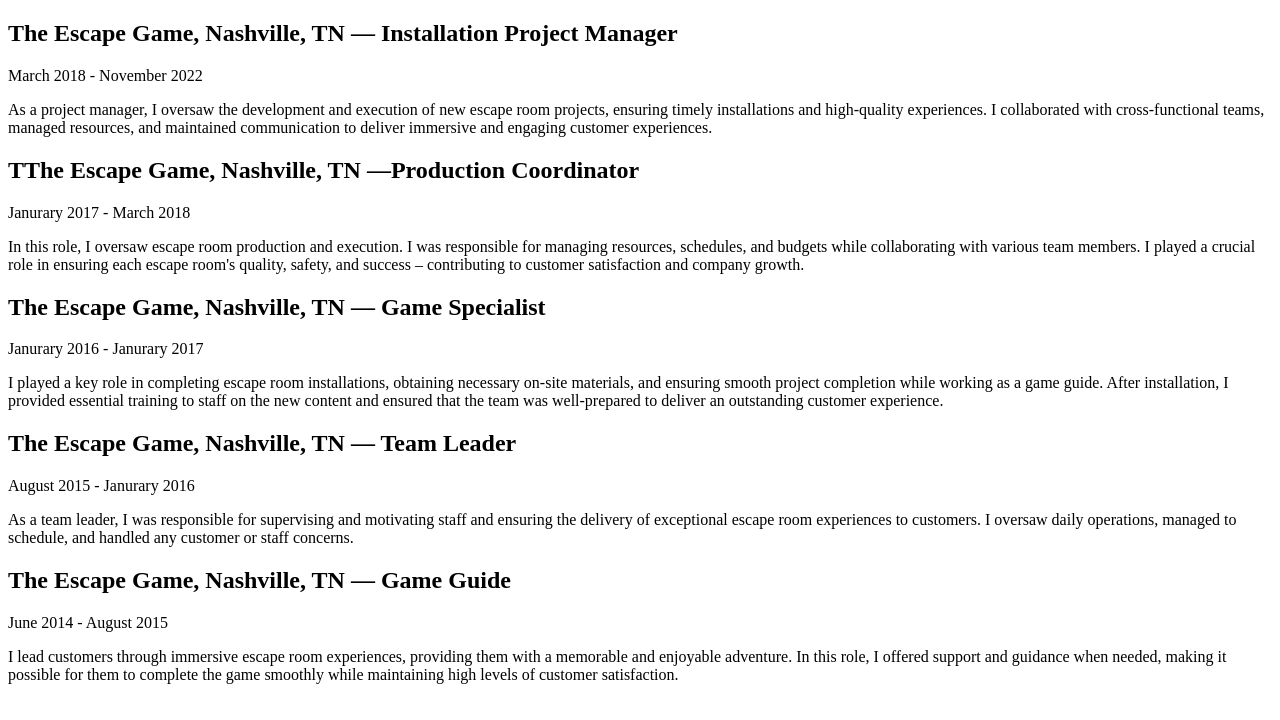
Repository: jgramirez0210/LAB-HTML-Resume
Page: index.html
The author's editor kept a copy of each file at every save. The page is drawn from the files as they stood at one save, then again after the next save.
The browser window is 1280 px wide. The pictures show the whole page.

Above is the page before, as saved 2023-10-09 21:29:35.

After the next save:
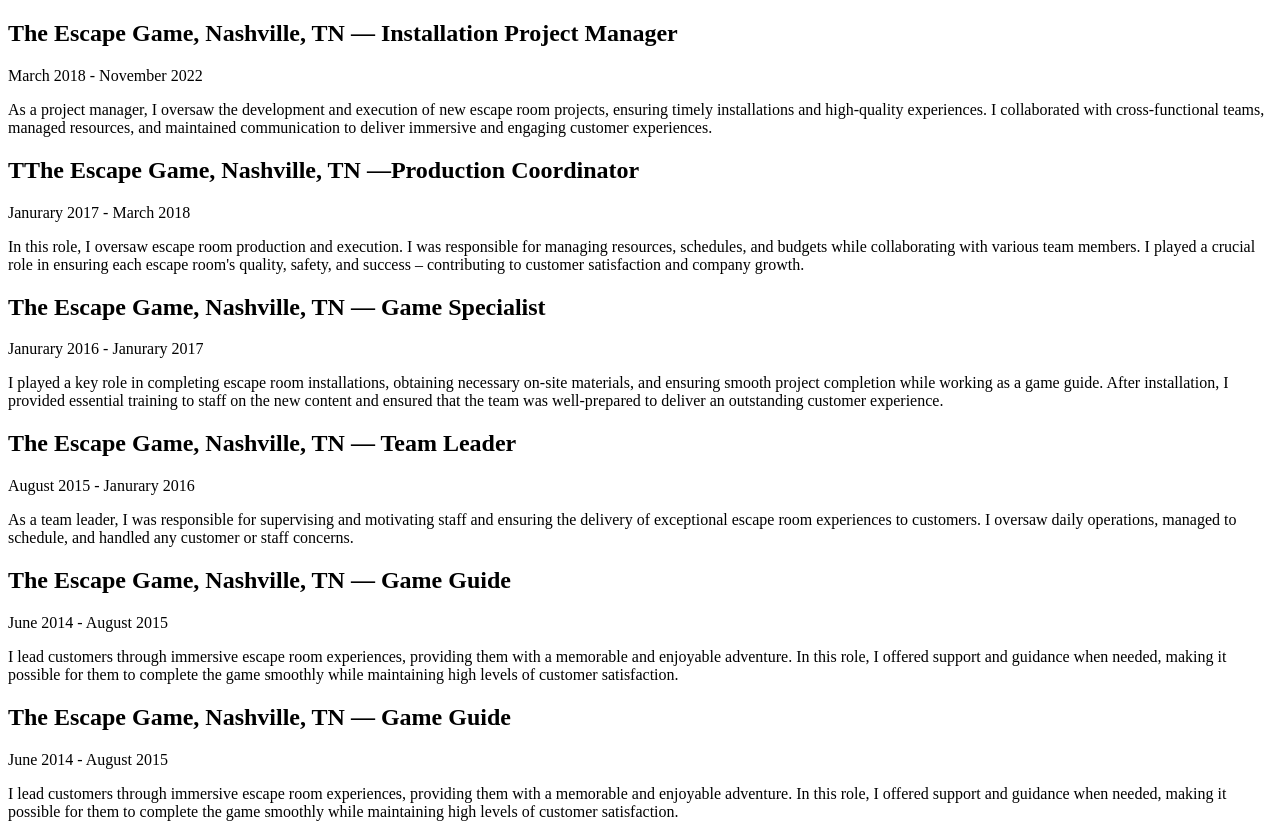
Saved 7 s later.
--- a/index.html
+++ b/index.html
@@ -35,5 +35,11 @@
     <p>I lead customers through immersive escape room experiences, providing them with a memorable and enjoyable adventure. In this role, I offered support and guidance when needed, making it possible for them to complete the game smoothly while maintaining high levels of customer satisfaction.
     </p>
   </article>
+  <article>
+    <h2>The Escape Game, Nashville, TN — Game Guide</h2>
+    <time datetime="2014-06" >June 2014</time> - <time datetime="2015-08" >August 2015</time></time>
+    <p>I lead customers through immersive escape room experiences, providing them with a memorable and enjoyable adventure. In this role, I offered support and guidance when needed, making it possible for them to complete the game smoothly while maintaining high levels of customer satisfaction.
+    </p>
+  </article>
 </body>
 </html>
